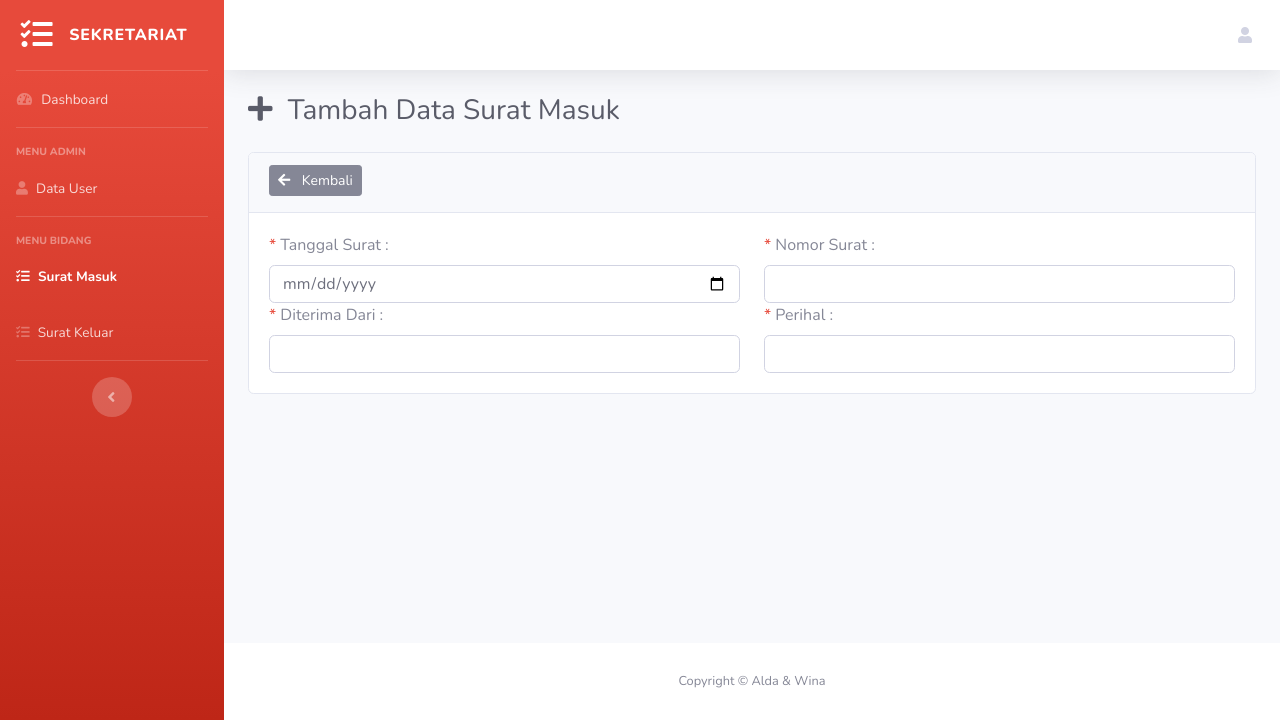
Repository: aldasamrotulfuadah/projek-PKL
Page: http://localhost/suratmasuk/create
An editor plug-in stored every save of this project. The page is shown before and after the next save, followed by the edit.
The browser window is 1280 px wide. The pictures show the whole page.
The page is served by the project's Laravel application, run on PHP 8.4 with Laravel 12. A made-up administrator, Test User (test@example.com), is signed in.

Above is the page before, as saved 2026-03-12 11:07:00.

After the next save:
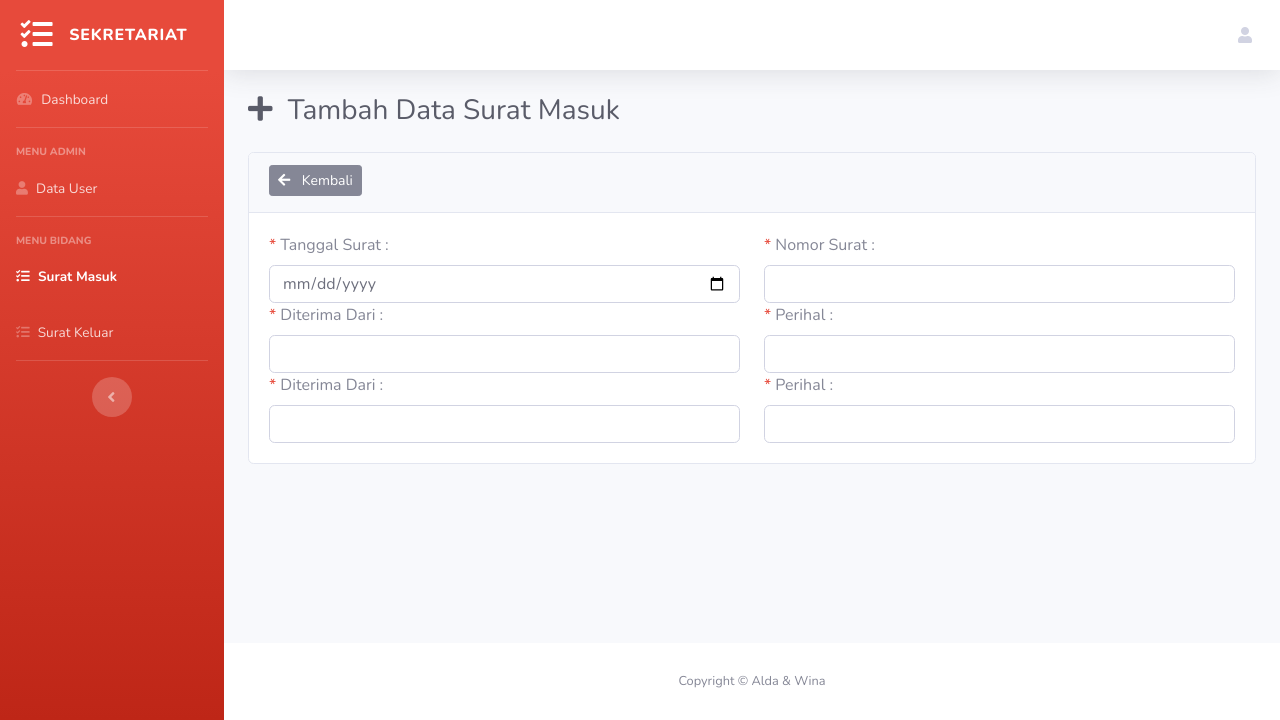
Saved 13 s later.
--- a/resources/views/suratm/create.blade.php
+++ b/resources/views/suratm/create.blade.php
@@ -50,6 +50,22 @@
                     <input type="text" name="perihal" class="form-control">
                 </div>
             </div>
+            <div class="row">
+                <div class="col-6">
+                    <label class="form-label">
+                        <span class="text-danger">*</span>
+                        Diterima Dari :
+                    </label>
+                    <input type="text" name="diterima_dari" class="form-control">
+                </div>
+                <div class="col-6">
+                    <label class="form-label">
+                        <span class="text-danger">*</span>
+                        Perihal :
+                    </label>
+                    <input type="text" name="perihal" class="form-control">
+                </div>
+            </div>
         </div>
     </div>
 
